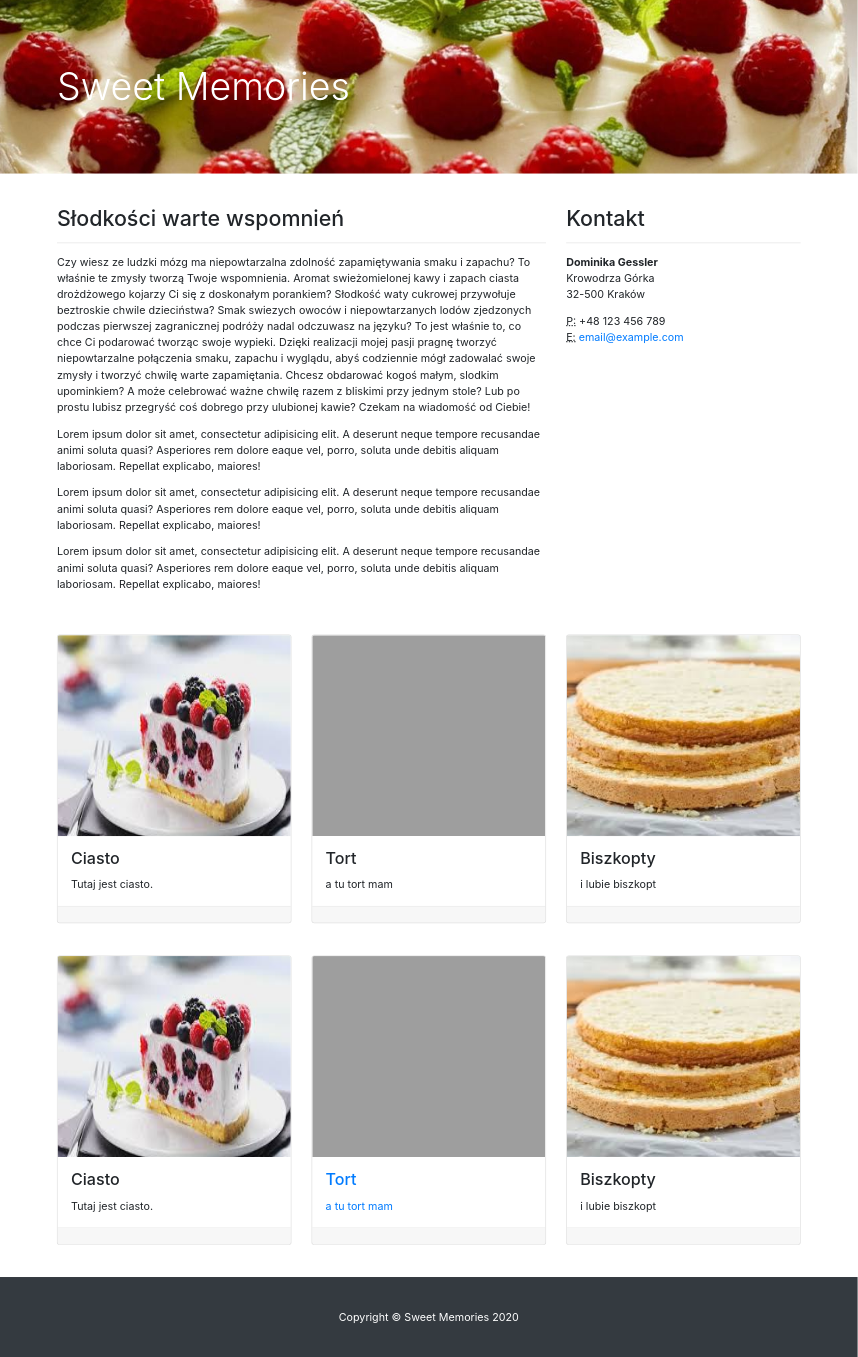
Repository: dominika260c/sweet_memories
Page: index.html
These files come from the project's save history. The page is drawn as it stood at one moment and after the next save; the edit follows.
The browser window is 1280 px wide. The pictures show the whole page, at 67% of full size.
Pictures or frames that could not be fetched are drawn as grey boxes.

Above is the page before, as saved 2020-07-02 16:18:57.

### index.html
<!DOCTYPE html>
<html lang="en">
  <head>
    <!-- Required meta tags -->
    <meta charset="utf-8" />
    <meta
      name="viewport"
      content="width=device-width, initial-scale=1, shrink-to-fit=no"
    />

    <!-- Bootstrap CSS -->
    <link
      rel="stylesheet"
      href="https://stackpath.bootstrapcdn.com/bootstrap/4.5.0/css/bootstrap.min.css"
      integrity="sha384-9aIt2nRpC12Uk9gS9baDl411NQApFmC26EwAOH8WgZl5MYYxFfc+NcPb1dKGj7Sk"
      crossorigin="anonymous"
    />
    <link rel="stylesheet" href="./style.css" />

    <title>Sweet Memories</title>
  </head>
  <body>
    <!-- Navigation -->
    <!-- <nav class="navbar navbar-expand-lg navbar-dark bg-dark fixed-top">
      <div class="container">
        <a class="navbar-brand" href="#">Start Bootstrap</a>
        <button
          class="navbar-toggler"
          type="button"
          data-toggle="collapse"
          data-target="#navbarResponsive"
          aria-controls="navbarResponsive"
          aria-expanded="false"
          aria-label="Toggle navigation"
        >
          <span class="navbar-toggler-icon"></span>
        </button>
        <div class="collapse navbar-collapse" id="navbarResponsive">
          <ul class="navbar-nav ml-auto">
            <li class="nav-item active">
              <a class="nav-link" href="#"
                >Home
                <span class="sr-only">(current)</span>
              </a>
            </li>
            <li class="nav-item">
              <a class="nav-link" href="#">About</a>
            </li>
            <li class="nav-item">
              <a class="nav-link" href="#">Services</a>
            </li>
            <li class="nav-item">
              <a class="nav-link" href="#">Contact</a>
            </li>
          </ul>
        </div>
      </div>
    </nav> -->

    <!-- Header -->
    <!-- <h1>&nbsp</h1> -->
    <header class="bg-primary py-5 mb-5 coverclass">
      <div class="container h-100">
        <div class="row h-100 align-items-center">
          <div class="col-lg-12">
            <h1 class="display-4 text-white mt-5 mb-2">
              Sweet Memories
            </h1>
            <p class="lead mb-5 text-white-50"></p>
          </div>
        </div>
      </div>
    </header>

    <!-- Page Content -->
    <div class="container">
      <div class="row">
        <div class="col-md-8 mb-5">
          <h2>Słodkości warte wspomnień</h2>
          <hr />
          <p>
            Czy wiesz ze ludzki mózg ma niepowtarzalna zdolność zapamiętywania
            smaku i zapachu? To właśnie te zmysły tworzą Twoje wspomnienia.
            Aromat swieżomielonej kawy i zapach ciasta drożdżowego kojarzy Ci
            się z doskonałym porankiem? Słodkość waty cukrowej przywołuje
            beztroskie chwile dzieciństwa? Smak swiezych owoców i
            niepowtarzanych lodów zjedzonych podczas pierwszej zagranicznej
            podróży nadal odczuwasz na języku? To jest właśnie to, co chce Ci
            podarować tworząc swoje wypieki. Dzięki realizacji mojej pasji
            pragnę tworzyć niepowtarzalne połączenia smaku, zapachu i wyglądu,
            abyś codziennie mógł zadowalać swoje zmysły i tworzyć chwilę warte
            zapamiętania. Chcesz obdarować kogoś małym, slodkim upominkiem? A
            może celebrować ważne chwilę razem z bliskimi przy jednym stole? Lub
            po prostu lubisz przegryść coś dobrego przy ulubionej kawie? Czekam
            na wiadomość od Ciebie!
          </p>
          <p>
            Lorem ipsum dolor sit amet, consectetur adipisicing elit. A deserunt
            neque tempore recusandae animi soluta quasi? Asperiores rem dolore
            eaque vel, porro, soluta unde debitis aliquam laboriosam. Repellat
            explicabo, maiores!
          </p>
          <p>
            Lorem ipsum dolor sit amet, consectetur adipisicing elit. A deserunt
            neque tempore recusandae animi soluta quasi? Asperiores rem dolore
            eaque vel, porro, soluta unde debitis aliquam laboriosam. Repellat
            explicabo, maiores!
          </p>
          <p>
            Lorem ipsum dolor sit amet, consectetur adipisicing elit. A deserunt
            neque tempore recusandae animi soluta quasi? Asperiores rem dolore
            eaque vel, porro, soluta unde debitis aliquam laboriosam. Repellat
            explicabo, maiores!
          </p>
          <!-- <a class="btn btn-primary btn-lg" href="#">Call to Action &raquo;</a> -->
        </div>
        <div class="col-md-4 mb-5">
          <h2>Kontakt</h2>
          <hr />
          <address>
            <strong>Dominika Gessler</strong>
            <br />Krowodrza Górka <br />
            32-500 Kraków
            <br />
          </address>
          <address>
            <abbr title="Phone">P:</abbr>
            +48 123 456 789
            <br />
            <abbr title="Email">E:</abbr>
            <a href="mailto:#">email@example.com</a>
          </address>
        </div>
      </div>
      <!-- /.row -->

      <div class="row">
        <div class="col-md-4 mb-5">
          <div class="card h-100">
            <img
              class="card-img-top"
              src="data:[embedded picture, 10383 characters]"
              alt=""
            />
            <div class="card-body">
              <h4 class="card-title">Ciasto</h4>
              <p class="card-text">
                Tutaj jest ciasto.
              </p>
            </div>
            <div class="card-footer">
              <!-- <a href="#" class="btn btn-primary">Find Out More!</a> -->
            </div>
          </div>
        </div>

        <div class="col-md-4 mb-5">
          <div class="card h-100">
            <img
              class="card-img-top"
              src="https://images.pexels.com/photos/291528/pexels-photo-291528.jpeg?auto=compress&cs=tinysrgb&dpr=1&w=500"
              alt=""
            />
            <div class="card-body">
              <h4 class="card-title">Tort</h4>
              <p class="card-text">
                a tu tort mam
              </p>
            </div>
            <div class="card-footer">
              <!-- <a href="#" class="btn btn-primary">Find Out More!</a> -->
            </div>
          </div>
        </div>
        <div class="col-md-4 mb-5">
          <div class="card h-100">
            <img
              class="card-img-top"
              src="data:[embedded picture, 10711 characters]"
              alt=""
            />
            <div class="card-body">
              <h4 class="card-title">Biszkopty</h4>
              <p class="card-text">
                i lubie biszkopt
              </p>
            </div>
            <div class="card-footer">
              <!-- <a href="#" class="btn btn-primary">Find Out More!</a> -->
            </div>
          </div>
        </div>
      </div>
      <!-- /.row -->
      <div class="row">
        <div class="col-md-4 mb-5">
          <div class="card h-100">
            <img
              class="card-img-top"
              src="data:[embedded picture, 10383 characters]"
              alt=""
            />
            <div class="card-body">
              <h4 class="card-title">Ciasto</h4>
              <p class="card-text">
                Tutaj jest ciasto.
              </p>
            </div>
            <div class="card-footer">
              <!-- <a href="#" class="btn btn-primary">Find Out More!</a> -->
            </div>
          </div>
        </div>

        <div class="col-md-4 mb-5">
          <a href="#">
            <div class="card h-100">
              <img
                class="card-img-top"
                src="https://images.pexels.com/photos/291528/pexels-photo-291528.jpeg?auto=compress&cs=tinysrgb&dpr=1&w=500"
                alt=""
              />

              <div class="card-body">
                <h4 class="card-title">Tort</h4>
                <p class="card-text">
                  a tu tort mam
                </p>
              </div>
              <div class="card-footer">
                <!-- <a href="#" class="btn btn-primary">Find Out More!</a> -->
              </div>
            </div>
          </a>
        </div>

        <div class="col-md-4 mb-5">
          <div class="card h-100">
            <img
              class="card-img-top"
              src="data:[embedded picture, 10711 characters]"
              alt=""
            />
            <div class="card-body">
              <h4 class="card-title">Biszkopty</h4>
              <p class="card-text">
                i lubie biszkopt
              </p>
            </div>
            <div class="card-footer">
              <!-- <a href="#" class="btn btn-primary">Find Out More!</a> -->
            </div>
          </div>
        </div>
      </div>
    </div>
    <!-- /.container -->

    <!-- Footer -->
    <footer class="py-5 bg-dark">
      <div class="container">
        <p class="m-0 text-center text-white">
          Copyright &copy; Sweet Memories 2020
        </p>
      </div>
      <!-- /.container -->
    </footer>

    <!-- Optional JavaScript -->
    <!-- jQuery first, then Popper.js, then Bootstrap JS -->
    <script
      src="https://code.jquery.com/jquery-3.5.1.slim.min.js"
      integrity="sha384-DfXdz2htPH0lsSSs5nCTpuj/zy4C+OGpamoFVy38MVBnE+IbbVYUew+OrCXaRkfj"
      crossorigin="anonymous"
    ></script>
    <script
      src="https://cdn.jsdelivr.net/npm/popper.js@1.16.0/dist/umd/popper.min.js"
      integrity="sha384-Q6E9RHvbIyZFJoft+2mJbHaEWldlvI9IOYy5n3zV9zzTtmI3UksdQRVvoxMfooAo"
      crossorigin="anonymous"
    ></script>
    <script
      src="https://stackpath.bootstrapcdn.com/bootstrap/4.5.0/js/bootstrap.min.js"
      integrity="sha384-OgVRvuATP1z7JjHLkuOU7Xw704+h835Lr+6QL9UvYjZE3Ipu6Tp75j7Bh/kR0JKI"
      crossorigin="anonymous"
    ></script>
  </body>
</html>

### style.css
.coverclass {
  background-image: url(./img/ciasto1.jpg);
  background-position: center;
}

.card-img-top {
  height: 300px;
}

After the next save:
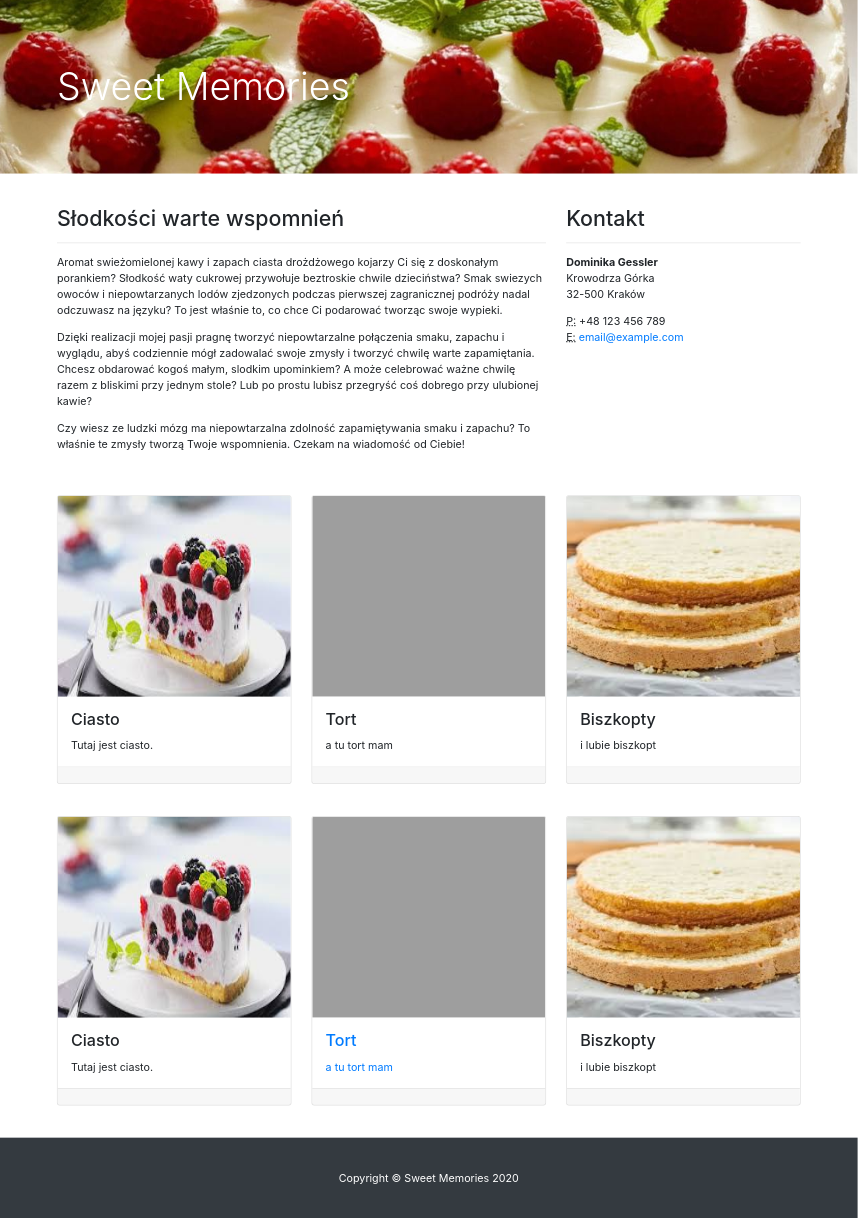
Saved 46 s later.
--- a/index.html
+++ b/index.html
@@ -78,39 +78,27 @@
         <div class="col-md-8 mb-5">
           <h2>Słodkości warte wspomnień</h2>
           <hr />
+          <p></p>
           <p>
-            Czy wiesz ze ludzki mózg ma niepowtarzalna zdolność zapamiętywania
-            smaku i zapachu? To właśnie te zmysły tworzą Twoje wspomnienia.
             Aromat swieżomielonej kawy i zapach ciasta drożdżowego kojarzy Ci
             się z doskonałym porankiem? Słodkość waty cukrowej przywołuje
             beztroskie chwile dzieciństwa? Smak swiezych owoców i
             niepowtarzanych lodów zjedzonych podczas pierwszej zagranicznej
             podróży nadal odczuwasz na języku? To jest właśnie to, co chce Ci
-            podarować tworząc swoje wypieki. Dzięki realizacji mojej pasji
-            pragnę tworzyć niepowtarzalne połączenia smaku, zapachu i wyglądu,
-            abyś codziennie mógł zadowalać swoje zmysły i tworzyć chwilę warte
-            zapamiętania. Chcesz obdarować kogoś małym, slodkim upominkiem? A
-            może celebrować ważne chwilę razem z bliskimi przy jednym stole? Lub
-            po prostu lubisz przegryść coś dobrego przy ulubionej kawie? Czekam
-            na wiadomość od Ciebie!
+            podarować tworząc swoje wypieki.
           </p>
           <p>
-            Lorem ipsum dolor sit amet, consectetur adipisicing elit. A deserunt
-            neque tempore recusandae animi soluta quasi? Asperiores rem dolore
-            eaque vel, porro, soluta unde debitis aliquam laboriosam. Repellat
-            explicabo, maiores!
+            Dzięki realizacji mojej pasji pragnę tworzyć niepowtarzalne
+            połączenia smaku, zapachu i wyglądu, abyś codziennie mógł zadowalać
+            swoje zmysły i tworzyć chwilę warte zapamiętania. Chcesz obdarować
+            kogoś małym, slodkim upominkiem? A może celebrować ważne chwilę
+            razem z bliskimi przy jednym stole? Lub po prostu lubisz przegryść
+            coś dobrego przy ulubionej kawie?
           </p>
           <p>
-            Lorem ipsum dolor sit amet, consectetur adipisicing elit. A deserunt
-            neque tempore recusandae animi soluta quasi? Asperiores rem dolore
-            eaque vel, porro, soluta unde debitis aliquam laboriosam. Repellat
-            explicabo, maiores!
-          </p>
-          <p>
-            Lorem ipsum dolor sit amet, consectetur adipisicing elit. A deserunt
-            neque tempore recusandae animi soluta quasi? Asperiores rem dolore
-            eaque vel, porro, soluta unde debitis aliquam laboriosam. Repellat
-            explicabo, maiores!
+            Czy wiesz ze ludzki mózg ma niepowtarzalna zdolność zapamiętywania
+            smaku i zapachu? To właśnie te zmysły tworzą Twoje wspomnienia.
+            Czekam na wiadomość od Ciebie!
           </p>
           <!-- <a class="btn btn-primary btn-lg" href="#">Call to Action &raquo;</a> -->
         </div>
